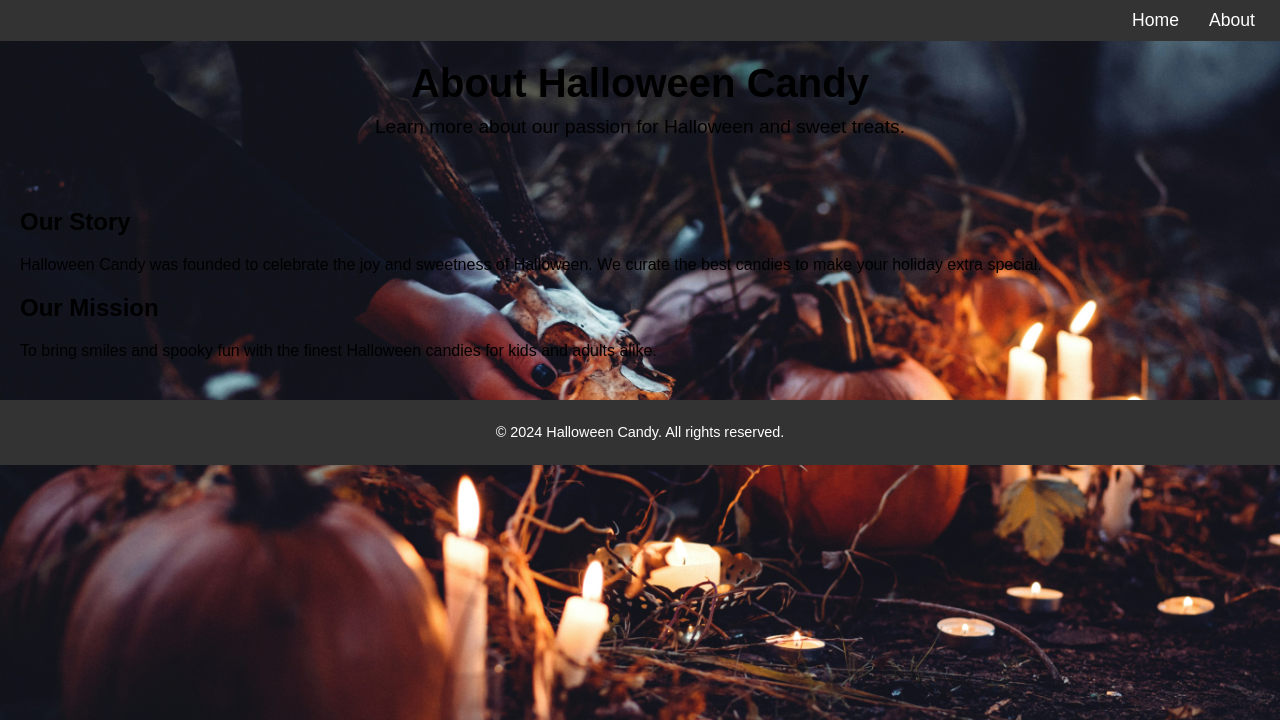
Repository: monicaifijeh/test2
Page: kyportfolio/src/aboutHallo.html
An editor plug-in stored every save of this project. The page is shown before and after a run of saves, followed by the edit.
The browser window is 1280 px wide. The pictures show the whole page.

Above is the page before, as saved 2024-12-20 01:36:43.

### kyportfolio/src/aboutHallo.html
<!DOCTYPE html>
<html lang="en">
  <head>
    <meta charset="UTF-8" />
    <meta name="viewport" content="width=device-width, initial-scale=1.0" />
    <title>About - Halloween Candy</title>
    <link rel="stylesheet" href="kystyle.css" />
  </head>
  <body>
    <nav>
      <ul>
        <li><a href="indexHallo.html">Home</a></li>
        <li><a href="aboutHallo.html">About</a></li>
      </ul>
    </nav>
    <header>
      <h1>About Halloween Candy</h1>
      <p>Learn more about our passion for Halloween and sweet treats.</p>
    </header>
    <main>
      <section>
        <h2>Our Story</h2>
        <p>
          Halloween Candy was founded to celebrate the joy and sweetness of
          Halloween. We curate the best candies to make your holiday extra
          special.
        </p>
      </section>
      <section>
        <h2>Our Mission</h2>
        <p>
          To bring smiles and spooky fun with the finest Halloween candies for
          kids and adults alike.
        </p>
      </section>
    </main>
    <footer>
      <p>&copy; 2024 Halloween Candy. All rights reserved.</p>
    </footer>
  </body>
</html>

### kyportfolio/src/kystyle.css
body {
    font-family: Arial, sans-serif;
    margin: 0;
    padding: 0;
background-image: url("/kyportfolio/images/freestocks-twVS-YjQn9Y-unsplash.jpg");
background-repeat: no-repeat;
background-size: cover;
}

header {
    text-align: center;
    padding: 20px;

}

header h1 {
    margin: 0;
    font-size: 2.5rem;
}

header p {
    margin: 10px 0;
    font-size: 1.2rem;
}

nav ul {
    display: flex;
    justify-content: right;
    list-style: none;
    padding: 10px;
    background-color: #333;
    margin: 0;
}

nav ul li {
    margin: 0 15px;
}

nav ul li a {
    text-decoration: none;
    color: #fff;
    font-size: 1.1rem;
}

nav ul li a:hover {
    text-decoration: underline;
}

main {
    padding: 20px;
}

section {
    margin-bottom: 20px;
}

footer {
    text-align: center;
    padding: 10px;
    background-color: #333;
    color: #fff;
    font-size: 0.9rem;
}

After the next 2 saves:
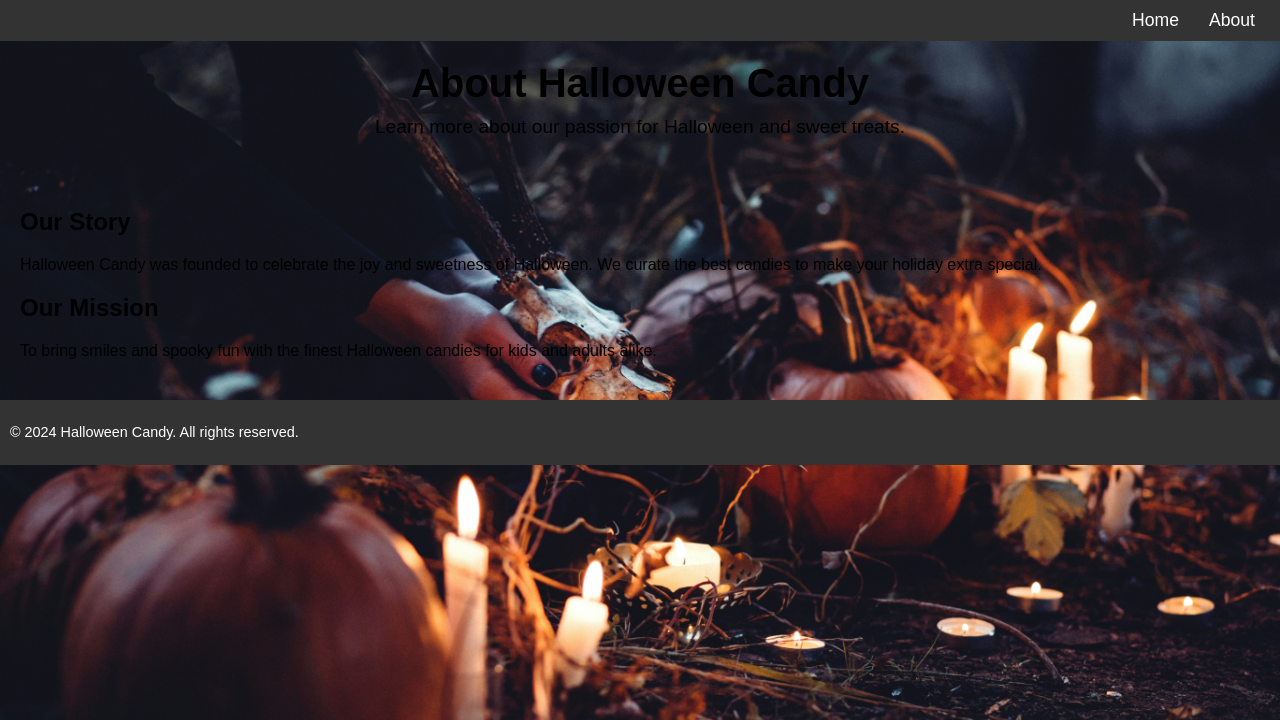
The 2 saves are shown as one change because they came seconds apart.
The last was saved 14 min 18 s later.
--- a/kyportfolio/src/kystyle.css
+++ b/kyportfolio/src/kystyle.css
@@ -55,6 +55,7 @@
 }
 
 footer {
+    po
     text-align: center;
     padding: 10px;
     background-color: #333;

After the save that followed:
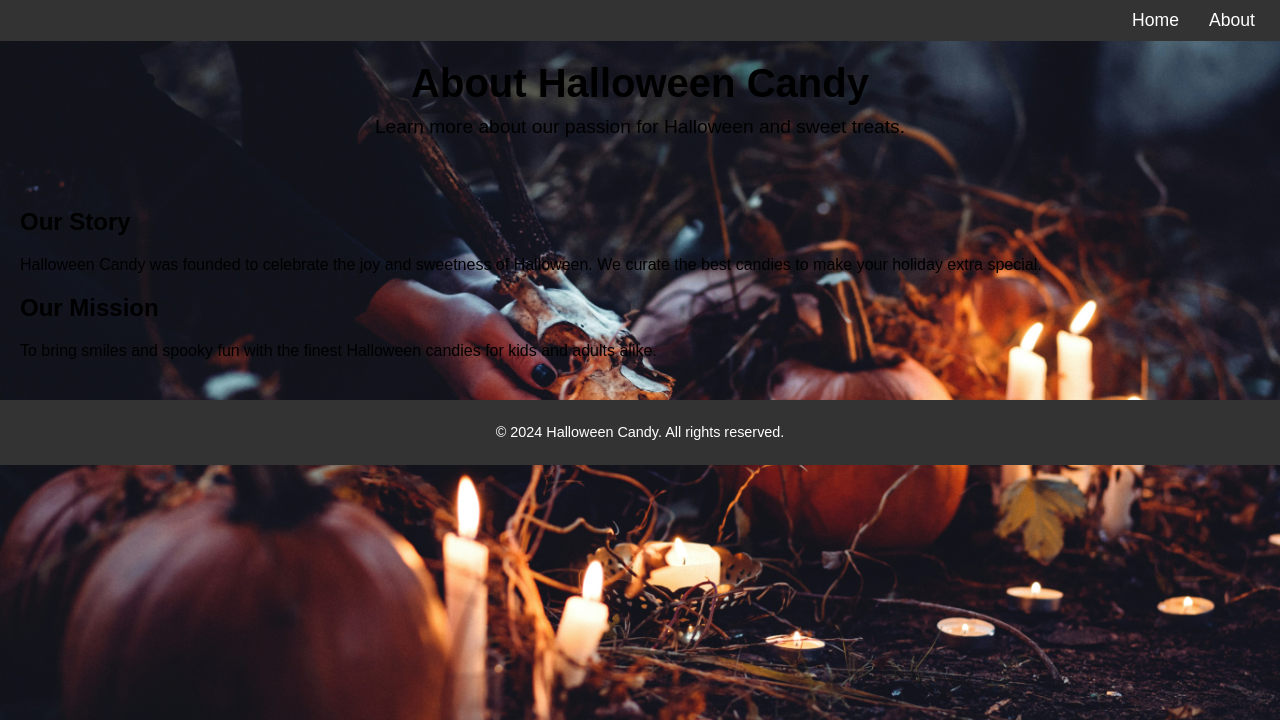
Saved 10 s later.
--- a/kyportfolio/src/kystyle.css
+++ b/kyportfolio/src/kystyle.css
@@ -55,7 +55,7 @@
 }
 
 footer {
-    po
+    position: ;
     text-align: center;
     padding: 10px;
     background-color: #333;
